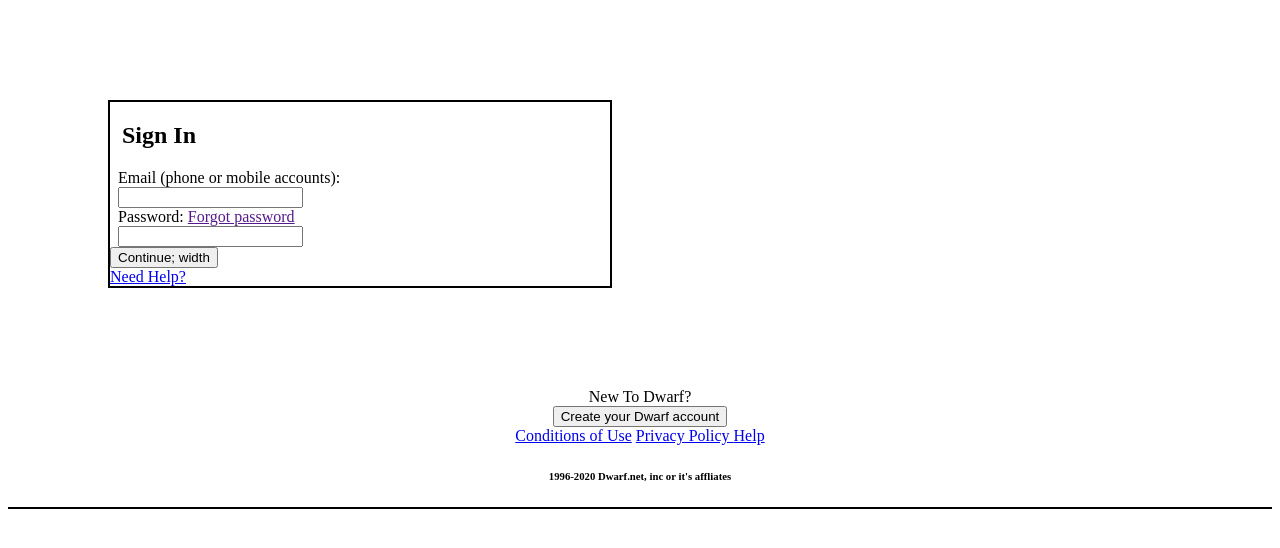
Repository: brittmarie333/replica
Page: index.html
The author's editor kept a copy of each file at every save. The page is drawn from the files as they stood at one save, then again after a run of saves.
The browser window is 1280 px wide. The pictures show the whole page.

Above is the page before, as saved 2024-05-27 12:45:35.

### index.html
<!DOCTYPE html>
<html lang="en">
<head>
    <meta charset="UTF-8">
    <meta name="viewport" content="width=device-width, initial-scale=1.0">
    <link rel="stylesheet" href="index.css">
    <title>Log In</title>
</head>
<body>

    <form action="/data.php">
        <h2>&ensp;Sign In</h2>
        <label for="username">&ensp;Email (phone or mobile accounts):</label><br>
        &ensp;<input type="text" id="fname" name="fname"><br>
        <label for="pword">&ensp;Password: </label> <text align="right"><a href="">Forgot password</a></text><br>
        &ensp;<input type="text" id="lname" name="lname" ><br>
        <button>Continue; width</button>
        <br>
        <a href="http">Need Help?</a>
      </form>




      New To Dwarf?
      <br>
      <button id="create">Create your Dwarf account</button>
      <br>
      <a href="http"> Conditions of Use</a>
      <a href="http"> Privacy Policy </a>
      <a href="http"> Help </a>
      <br>

      <h6> 1996-2020 Dwarf.net, inc or it's affliates</h6>


</body>
</html>

### index.css
h2  {
    text-align: left;
}

body {
    text-align: center;
    border-bottom: 2px solid black;
}
form{
    text-align: left;
    border: 2px solid;
    border color: light grey;
    margin: 100px;
    width: 500px;

}

After the next 6 saves:
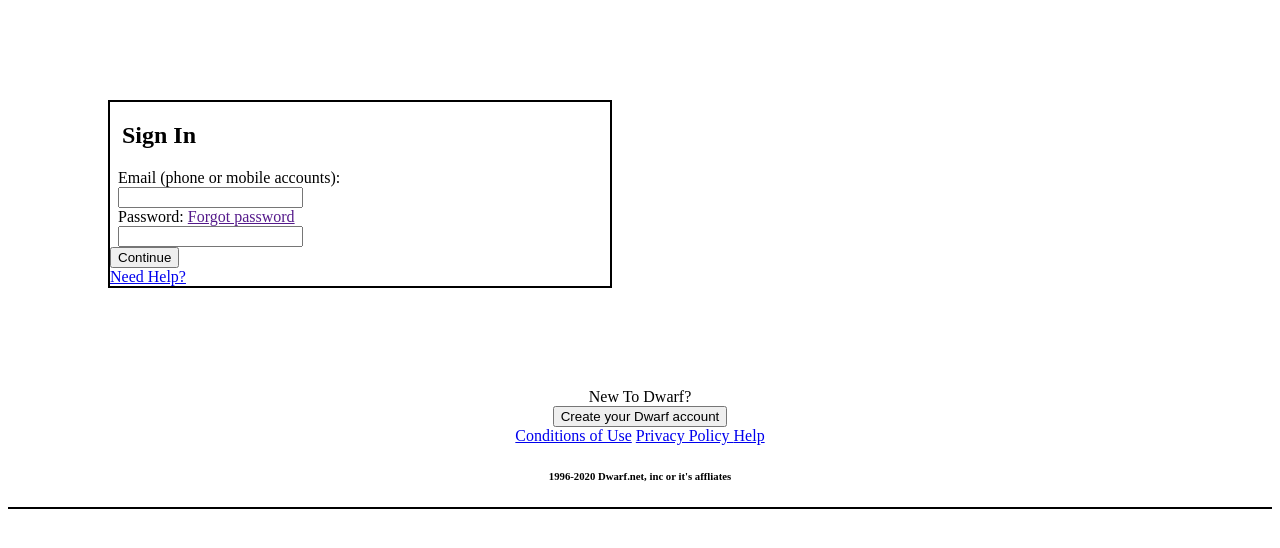
The 6 saves are shown as one change because they came seconds apart.
The last was saved 17 s later.
--- a/index.html
+++ b/index.html
@@ -14,7 +14,7 @@
         &ensp;<input type="text" id="fname" name="fname"><br>
         <label for="pword">&ensp;Password: </label> <text align="right"><a href="">Forgot password</a></text><br>
         &ensp;<input type="text" id="lname" name="lname" ><br>
-        <button>Continue; width</button>
+        <button> Continue</button>
         <br>
         <a href="http">Need Help?</a>
       </form>
